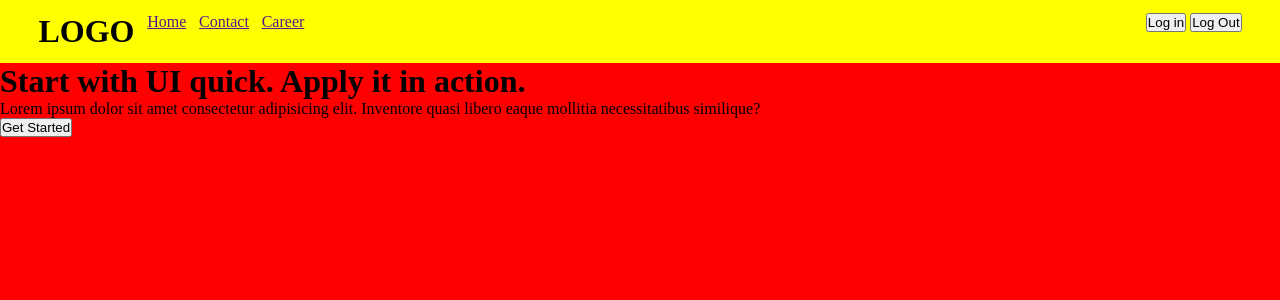
Repository: Ashishchakravartii/landingPage
Page: index.html
The author's editor kept a copy of each file at every save. The page is drawn from the files as they stood at one save, then again after the next save.
The browser window is 1280 px wide. The pictures show the whole page.

Above is the page before, as saved 2024-07-24 12:33:03.

After the next save:
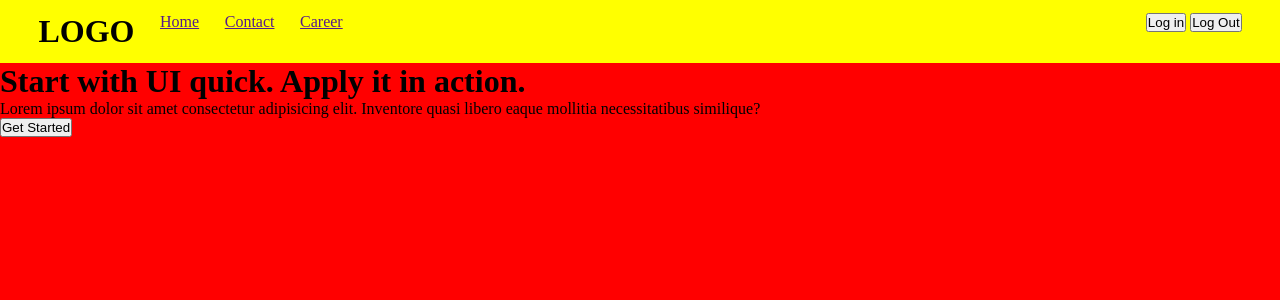
Saved 4 s later.
--- a/style.css
+++ b/style.css
@@ -23,5 +23,5 @@ body{
 }
 .navLeft{
     display: flex;
-    gap: 1vmax;
+    gap: 2vmax;
 }
